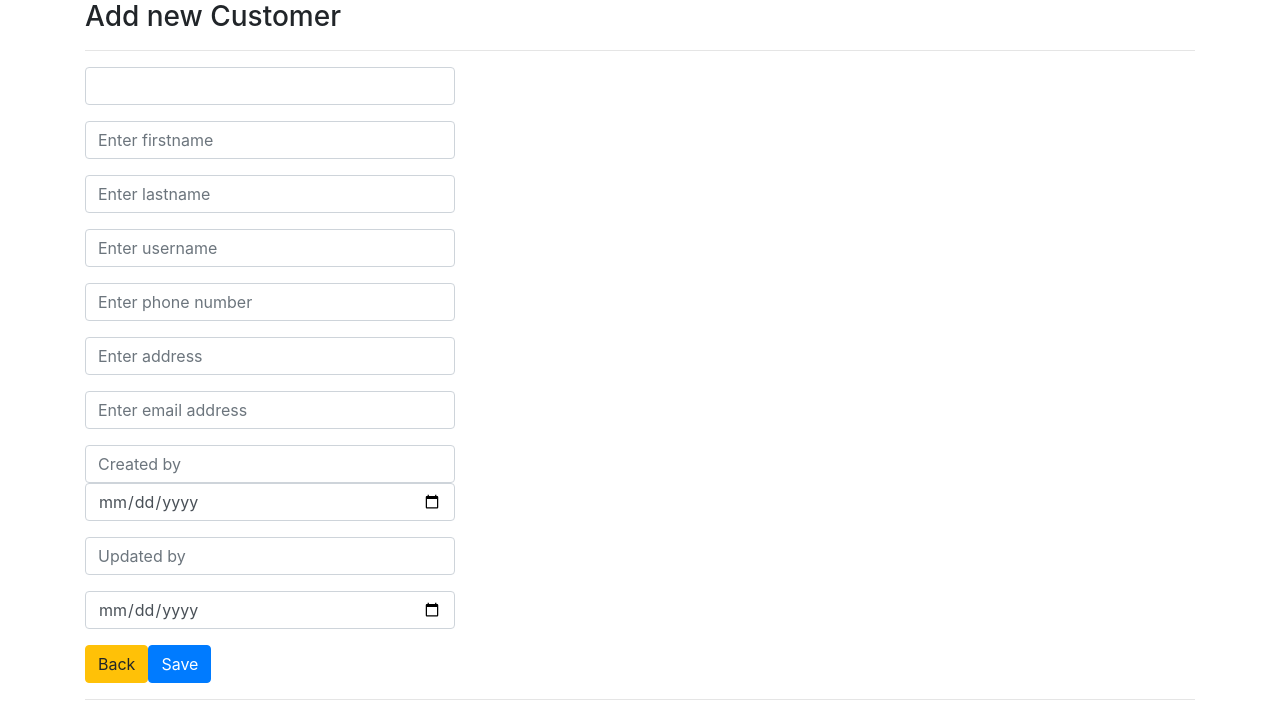
Repository: messimacky/Movie-Rental-System-Front-End
Page: /add-customer
An editor plug-in stored every save of this project. The page is shown before and after a run of saves, followed by the edit.
The browser window is 1280 px wide. The pictures show the whole page.
The project was rebuilt for these pictures with package versions that can differ from the ones it lists, and the page was loaded fresh each time. Also part of the build but not shown: src/services/movie.service.js, src/components/AddMovie.js, src/components/MoviesList.js, src/components/NotFound.js, src/components/login/Login.js, src/components/CustomerList.js, src/services/rental.service.js, src/components/RentalsList.js and 5 more.

Above is the page before, as saved 2022-05-06 20:12:36.

### src/index.js
import { Auth0Provider } from '@auth0/auth0-react';
import React from 'react';
import ReactDOM from 'react-dom';
import App from './App';
const domain = process.env.REACT_APP_AUTH0_DOMAIN;
const clientId = process.env.REACT_APP_AUTH0_CLIENT_ID;

ReactDOM.render(
  <Auth0Provider
    domain={domain}
    clientId={clientId}
    redirectUri={window.location.origin}
  >
    <App />
  </Auth0Provider>,
  document.getElementById('root')
);

### src/App.js
import { BrowserRouter as Router, Switch, Route } from 'react-router-dom';
import AddMovie from './components/AddMovie';
import MoviesList from "./components/MoviesList";
import NotFound from "./components/NotFound";
import Login from './components/login/Login';
import AddCustomer from './components/AddCustomer'
import CustomersList from './components/CustomerList';
import RentalsList from './components/RentalsList';
import AddRental from './components/AddRental';
import FirstPage from './components/FirstPage';
import Signup from './components/signup/Signup';
import Home from './components/Home';
// import LoginButton from './components/LoginButton';
function App() {
  return (
    <Router>
      <div>
        <Switch>

          <Route exact path="/" component={FirstPage} />

          <Route path="/home" component={Home} />


          <Route exact path="/movies" component={MoviesList} />
          <Route path="/add-movie" component={AddMovie} />
          <Route path="/movies/edit/:id" component={AddMovie} />




          <Route exact path="/customers" component={CustomersList} />
          <Route path="/add-customer" component={AddCustomer} />
          <Route path="/customers/edit/:id" component={AddCustomer} />



          <Route path="/login" component={Login} />
          <Route path="/signup" component={Signup} />



          <Route exact path="/rentals" component={RentalsList} />
          <Route path="/add-rental" component={AddRental} />
          <Route path="/rentals/edit/:id" component={AddRental} />
          <Route path="*" component={NotFound} />
        </Switch>
      </div>
    </Router>
  )
}

export default App;

### src/components/AddCustomer.js
//import { Dropdown } from "bootstrap";
import { useEffect, useState } from "react";
import { useParams } from "react-router-dom";
import { Link } from "react-router-dom";
import { useHistory } from "react-router-dom";
import customerService from "../services/customer.service";
import './AddCustomer.css';

const AddCustomer = () => {

    const [id, setId] = useState('');
    const [firstName, setFirstName] = useState('');
    const [lastName, setLastName] = useState('');
    const [username, setUsername] = useState('');
    const [phone, setPhone] = useState('');
    const [address, setAddress] = useState('');
    const [email, setEmail] = useState('');
    const [createdBy, setCreatedBy] = useState('');
    const [creationDate, setCreationDate] = useState('');
    const [lastUpdatedBy, setLastUpdatedBy] = useState('');
    const [lastUpdatedDate, setUpdatedDate] = useState('');







    const history = useHistory();
    // const { id } = useParams();



    const saveCustomer = (e) => {
        e.preventDefault();
        const customer = { id, firstName, lastName, username, phone, address, email, creationDate, createdBy, lastUpdatedBy, lastUpdatedDate };
        if (id) {
            //update records
            customerService.update(customer)
                .then(response => {
                    console.log("customer added succesfully", response.data);
                    history.push('/customers');
                })
                .catch(error => {
                    console.log("Something went wrong", error);
                });

        } else {
            //create record
            customerService.create(customer)
                .then(response => {
                    console.log("Customer added succesfully", response.data);
                    history.push('/customers');
                })
                .catch(error => {
                    console.log("Something get wrong", error);
                });
        }

    }
    useEffect(() => {
        if (id) {
            customerService.get(id)
                .then(customer => {
                    // setId(customer.data.id);
                    setFirstName(customer.data.firstName);
                    setLastName(customer.data.lastName);
                    setUsername(customer.data.username);
                    setPhone(customer.data.phone);
                    setAddress(customer.data.address);
                    setEmail(customer.data.email);
                    // setCreatedBy(customer.date.createdBy);
                    // setCreationDate(customer.data.CreationDate);
                    // setLastUpdatedBy(customer.data.lastUpdatedBy);
                    // setUpdatedDate(customer.data.lastUpdatedDate);



                })
                .catch(error => {
                    console.log("Something went wrong", error);
                });
        }
    }, [])

    return (
        <div className="container">
            <h3>Add new Customer</h3>
            <hr />
            <form>


                <div className="form-group">
                    <input
                        type="number"
                        className="form-control col-4"
                        id="id"
                        value={id}
                        onChange={(e) => setId(e.target.value)}
                    // placeholder="Enter firstname"
                    />
                </div>

                <div className="form-group">
                    <input
                        type="text"
                        className="form-control col-4"
                        id="firstName"
                        value={firstName}
                        onChange={(e) => setFirstName(e.target.value)}
                        placeholder="Enter firstname"
                    />
                </div>
                <div className="form-group">
                    <input
                        type="text"
                        className="form-control col-4"
                        id="lastName"
                        value={lastName}
                        onChange={(e) => setLastName(e.target.value)}
                        placeholder="Enter lastname"
                    />
                </div>

                <div className="form-group">
                    <input
                        type="text"
                        className="form-control col-4"
                        id="username"
                        value={username}
                        onChange={(e) => setUsername(e.target.value)}
                        placeholder="Enter username"
                    />
                </div>

                <div className="form-group">
                    <input
                        type="text"
                        className="form-control col-4"
                        id="phone"
                        value={phone}
                        onChange={(e) => setPhone(e.target.value)}
                        placeholder="Enter phone number"
                    />
                </div>


                <div className="form-group">
                    <input
                        type="text"
                        className="form-control col-4"
                        id="address"
                        value={address}
                        onChange={(e) => setAddress(e.target.value)}
                        placeholder="Enter address"
                    />
                </div>


                <div className="form-group">
                    <input
                        type="email"
                        className="form-control col-4"
                        id="email"
                        value={email}
                        onChange={(e) => setEmail(e.target.value)}
                        placeholder="Enter email address"
                    />
                </div>








                <input
                    type="text"
                    className="form-control col-4"
                    id="createdBy"
                    value={createdBy}
                    onChange={(e) => setCreatedBy(e.target.value)}
                    placeholder="Created by"
                />

                <div className="form-group">
                    <input
                        type="date"
                        className="form-control col-4"
                        id="creationDate"
                        value={creationDate}
                        onChange={(e) => setCreationDate(e.target.value)}
                        placeholder="Creation Date"
                    />
                </div>




                <div className="form-group">
                    <input
                        type="text"
                        className="form-control col-4"
                        id="lastUpdatedBy"
                        value={lastUpdatedBy}
                        onChange={(e) => setLastUpdatedBy(e.target.value)}
                        placeholder="Updated by"
                    />
                </div>


                <div className="form-group">
                    <input
                        type="date"
                        className="form-control col-4"
                        id="lastUpdatedDate"
                        value={lastUpdatedDate}
                        onChange={(e) => setUpdatedDate(e.target.value)}
                        placeholder="Updated Date"
                    />
                </div>



                <div>
                    <Link className="btn btn-warning" to="/customers">Back</Link>
                    <button className="btn btn-primary" onClick={(e) => saveCustomer(e)}>Save</button>


                </div>
            </form>
            <hr />

        </div>
    );
}

export default AddCustomer;

### src/components/login/Login.css
body {
    margin: 0;
    padding: 0;
    /* font-family: sans-serif; */
    background-size: cover;
    background-repeat: no-repeat;
}



.form {
    position: absolute;
    top: 50%;
    left: 50%;
    border: none;
    transform: translate(-50%, -50%);
    width: 400px;
    min-height: 450px;
    background-color: #fff;
    box-shadow: 0 15px 50px rgba(0, 0, 0, 0.5);
    padding: 50px;
    box-sizing: border-box;

    /* background: url(data:[embedded picture, 5679 characters]); */
    /* background: url(https://picsum.photos/3000/2000/?image=1015); */



}

.form h2 {
    margin-left: 60px;
    margin-top: 40px;
    color: white;
    /* margin: 30 0 40px; */
    padding: 0;
    color: black;
}

.form .input-box {
    position: relative;
    margin: 5px 0;
}

.form .input-box input {
    width: 100%;
    font-size: px;
    border: none;
    border-bottom: 2px solid #777;
    outline: none;
    padding: 10px;
    padding-left: 30px;
    box-sizing: border-box;
    font-weight: bold;
    color: #777;
}

.form .input-box input:focus,
.form .input-box input:valid {
    border-bottom-color: #03a9f4;
}

.form .input-box .fa {
    position: absolute;
    top: 8px;
    left: 5px;
    font-size: 18px;
    color: #777;
}

.form .input-box input[type="submit"] {
    border: none;
    cursor: pointer;
    background-color: #03a9f4;
    color: #fff;
    font-weight: bold;
    transition: 0.5s;
}

.form .input-box input[type="submit"]:hover {
    background-color: #ff4987;

}

.form a {
    text-decoration: none;
    color: black;

    margin-top: 4px;
    margin-left: 170px;
    /* font-weight: bold; */
    display: inline-block;
    transition: 0.5s;
}


.submit {
    margin-top: 30px;
    margin-left: 30px;


}

.form a {
    margin-top: 20px;
    margin-left: 50px;
    color: black;
    color: blue;
}

.form button {
    margin-top: 10px;
    margin-left: 50px;
    color: black;
    outline: invert;

}

.form button :hover {

    color: blue;
}

### src/services/customer.service.js
import httpClient from '../http-common';

const getAll = () => {
    return httpClient.get('/customers');
}

const create = (data) => {
    return httpClient.post("/customers", data);
}

const get = id => {
    return httpClient.get(`/customers/${id}`);
}

const update = (data) => {
    return httpClient.put('/customers', data);
}

const remove = id => {
    return httpClient.delete(`/customers/${id}`);
}

export default { getAll, create, get, update, remove };

### src/components/AddCustomer.css
body {
    margin: 0;
    padding: 0;
    /* font-family: sans-serif; */
    background-size: cover;
    background-repeat: no-repeat;
}



.form {
    position: absolute;
    top: 50%;
    left: 50%;
    border: none;
    transform: translate(-50%, -50%);
    width: 400px;
    min-height: 450px;
    background-color: #fff;
    box-shadow: 0 15px 50px rgba(0, 0, 0, 0.5);
    padding: 50px;
    box-sizing: border-box;

    /* background: url(data:[embedded picture, 5679 characters]); */
    /* background: url(https://picsum.photos/3000/2000/?image=1015); */



}

.form h2 {
    margin-left: 60px;
    margin-top: 40px;
    color: white;
    /* margin: 30 0 40px; */
    padding: 0;
    color: black;
}

.form .input-box {
    position: relative;
    margin: 5px 0;
}

.form .input-box input {
    width: 100%;
    font-size: px;
    border: none;
    border-bottom: 2px solid #777;
    outline: none;
    padding: 10px;
    padding-left: 30px;
    box-sizing: border-box;
    font-weight: bold;
    color: #777;
}

.form .input-box input:focus,
.form .input-box input:valid {
    border-bottom-color: #03a9f4;
}

.form .input-box .fa {
    position: absolute;
    top: 8px;
    left: 5px;
    font-size: 18px;
    color: #777;
}

.form .input-box input[type="submit"] {
    border: none;
    cursor: pointer;
    background-color: #03a9f4;
    color: #fff;
    font-weight: bold;
    transition: 0.5s;
}

.form .input-box input[type="submit"]:hover {
    background-color: #ff4987;

}

.form a {
    text-decoration: none;
    color: black;

    margin-top: 4px;
    margin-left: 170px;
    /* font-weight: bold; */
    display: inline-block;
    transition: 0.5s;
}


.submit {
    margin-top: 30px;
    margin-left: 30px;


}

.form a {
    margin-top: 20px;
    margin-left: 50px;
    color: black;
    color: blue;
}

.form button {
    margin-top: 10px;
    margin-left: 50px;
    color: black;
    outline: invert;

}

.form button :hover {

    color: blue;
}

### src/components/signup/Signup.css
body {
    margin: 0;
    padding: 0;
    /* font-family: sans-serif; */
    background-size: cover;
    background-repeat: no-repeat;
}



.form {
    position: absolute;
    top: 50%;
    left: 50%;
    border: none;
    transform: translate(-50%, -50%);
    width: 400px;
    min-height: 450px;
    background-color: #fff;
    box-shadow: 0 15px 50px rgba(0, 0, 0, 0.5);
    padding: 50px;
    box-sizing: border-box;

    /* background: url(data:[embedded picture, 5679 characters]); */
    /* background: url(https://picsum.photos/3000/2000/?image=1015); */



}

.form h2 {
    margin-left: 60px;
    margin-top: 40px;
    color: white;
    /* margin: 30 0 40px; */
    padding: 0;
    color: black;
}

.form .input-box {
    position: relative;
    margin: 5px 0;
}

.form .input-box input {
    width: 100%;
    font-size: px;
    border: none;
    border-bottom: 2px solid #777;
    outline: none;
    padding: 10px;
    padding-left: 30px;
    box-sizing: border-box;
    font-weight: bold;
    color: #777;
}

.form .input-box input:focus,
.form .input-box input:valid {
    border-bottom-color: #03a9f4;
}

.form .input-box .fa {
    position: absolute;
    top: 8px;
    left: 5px;
    font-size: 18px;
    color: #777;
}

.form .input-box input[type="submit"] {
    border: none;
    cursor: pointer;
    background-color: #03a9f4;
    color: #fff;
    font-weight: bold;
    transition: 0.5s;
}

.form .input-box input[type="submit"]:hover {
    background-color: #ff4987;

}

.form a {
    text-decoration: none;
    color: black;

    margin-top: 4px;
    margin-left: 170px;
    /* font-weight: bold; */
    display: inline-block;
    transition: 0.5s;
}


.submit {
    margin-top: 30px;
    margin-left: 30px;


}

.form a {
    margin-top: 20px;
    margin-left: 50px;
    color: black;
    color: blue;
}

.form button {
    margin-top: 10px;
    margin-left: 50px;
    color: black;
    outline: invert;

}

.form button :hover {

    color: blue;
}

### src/http-common.js
import axios from "axios";


export default axios.create({
    baseURL: 'http://localhost:8080',
    headers: {
        'Content_Type': 'application/json'
    }

});

Loaded but not shown: public/index.html (common file)

After the next 2 saves:
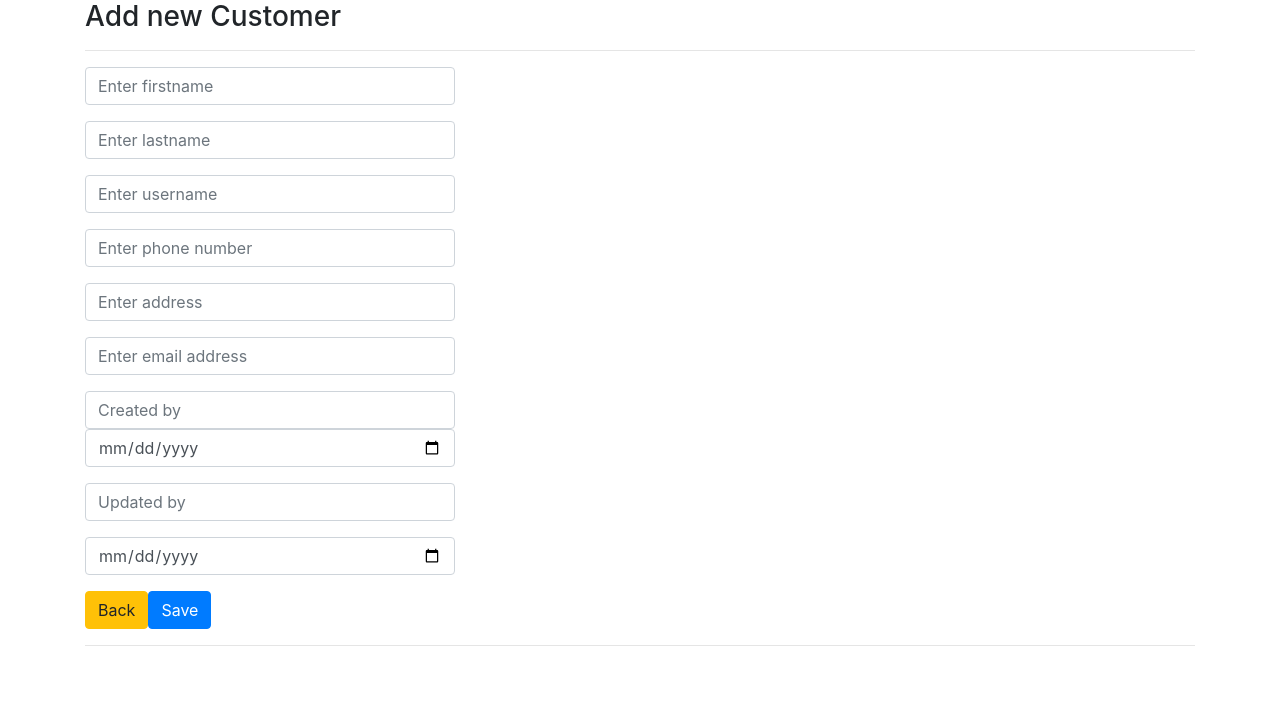
The 2 saves are shown as one change because 1 did not build or start.
The last was saved 28 s later.
--- a/src/components/AddCustomer.js
+++ b/src/components/AddCustomer.js
@@ -90,16 +90,7 @@
             <form>
 
 
-                <div className="form-group">
-                    <input
-                        type="number"
-                        className="form-control col-4"
-                        id="id"
-                        value={id}
-                        onChange={(e) => setId(e.target.value)}
-                    // placeholder="Enter firstname"
-                    />
-                </div>
+
 
                 <div className="form-group">
                     <input

After the save that followed:
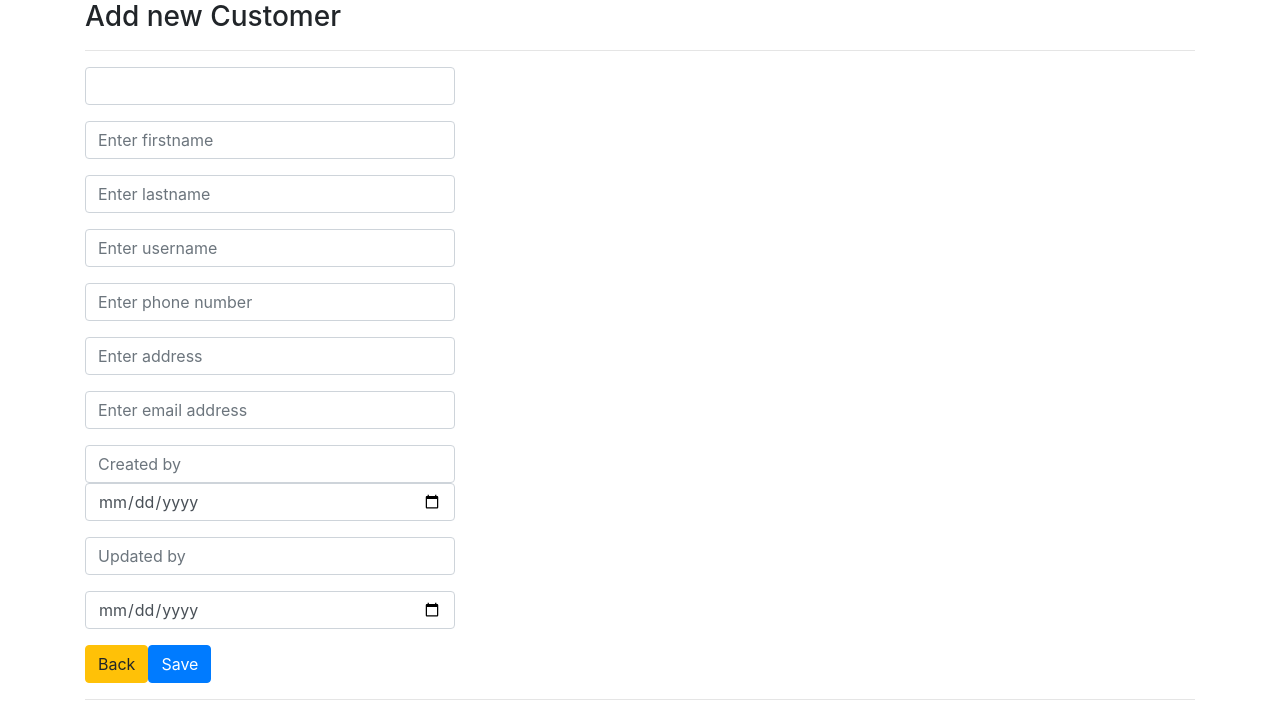
Saved 46 s later.
--- a/src/components/AddCustomer.js
+++ b/src/components/AddCustomer.js
@@ -62,7 +62,7 @@
         if (id) {
             customerService.get(id)
                 .then(customer => {
-                    // setId(customer.data.id);
+                    setId(customer.data.id);
                     setFirstName(customer.data.firstName);
                     setLastName(customer.data.lastName);
                     setUsername(customer.data.username);
@@ -90,7 +90,16 @@
             <form>
 
 
-
+                <div className="form-group">
+                    <input
+                        type="number"
+                        className="form-control col-4"
+                        id="id"
+                        value={id}
+                        onChange={(e) => setId(e.target.value)}
+                    // placeholder="Enter firstname"
+                    />
+                </div>
 
                 <div className="form-group">
                     <input
